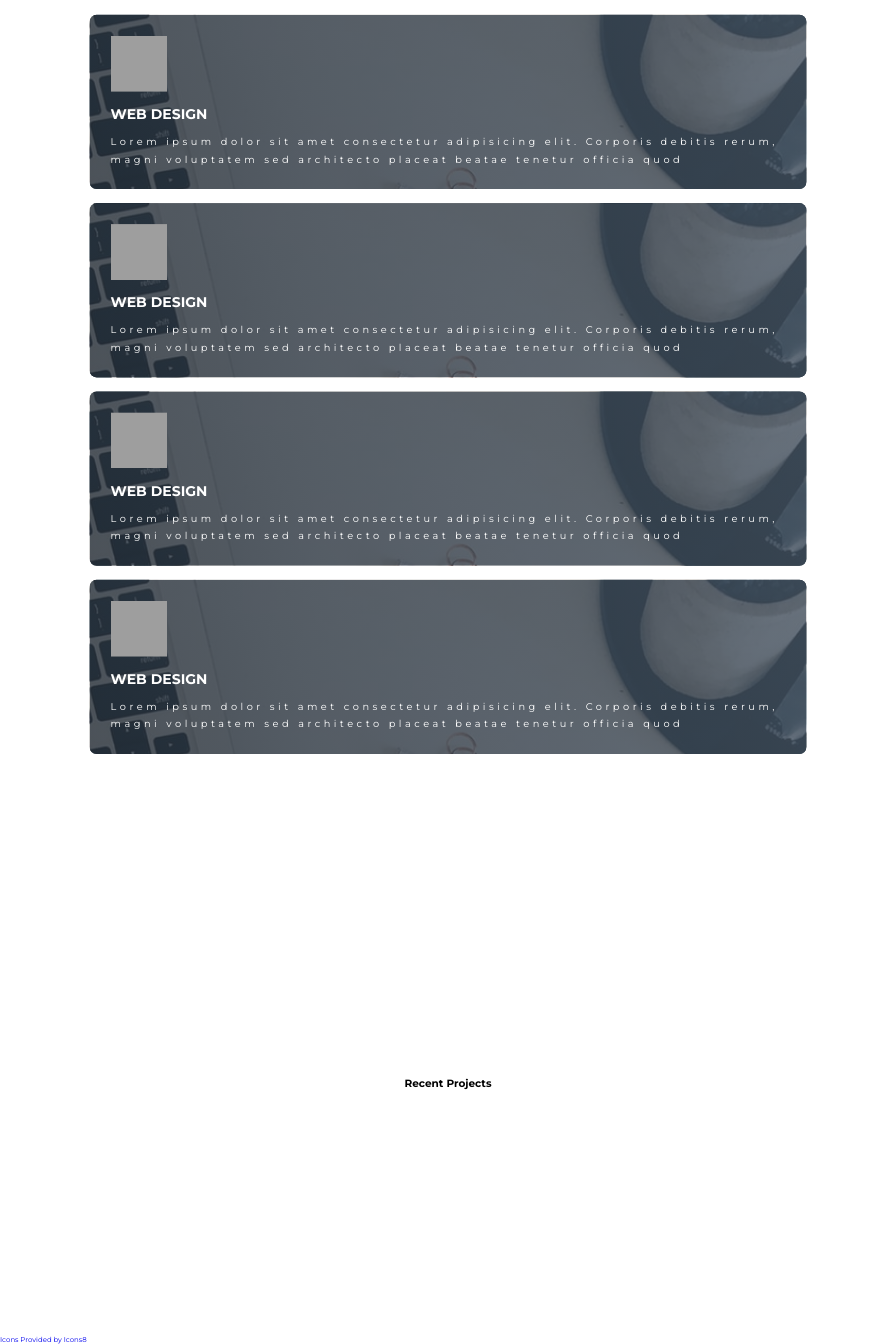
Repository: randysteele/my-portfolio-2023
Page: index.html
These files come from the project's save history. The page is drawn as it stood at one moment and after the next save; the edit follows.
The browser window is 1280 px wide. The pictures show the part of the page from y = 993 to 2913 px (the page is 2913 px tall), at 70% of full size.
Pictures or frames that could not be fetched are drawn as grey boxes.

Above is the page before, as saved 2023-04-23 15:11:52.

After the next save:
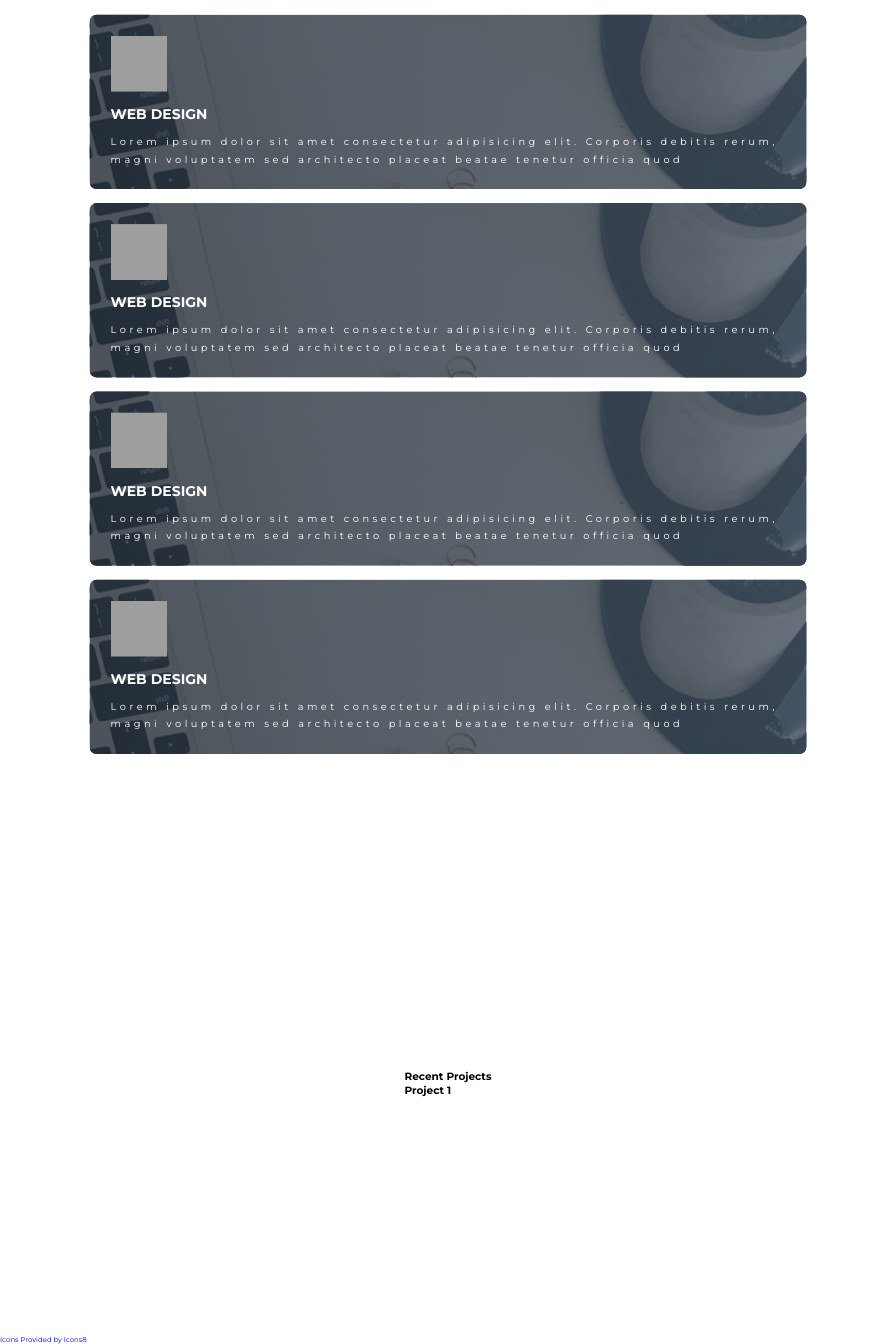
Saved 116 s later.
--- a/index.html
+++ b/index.html
@@ -66,7 +66,14 @@
         <div class="projects-header">
         <h1 class="section title">Recent <span>Projects</span></h1>
             <div class="all-projects">
+                <div class="project-item">
+                    <div class="project-info">
+                        <h1>Project 1</h1>
+                        <div class="project-image">
 
+                        </div>
+                    </div>
+                </div>
         </div>
     </div>
     </div>
